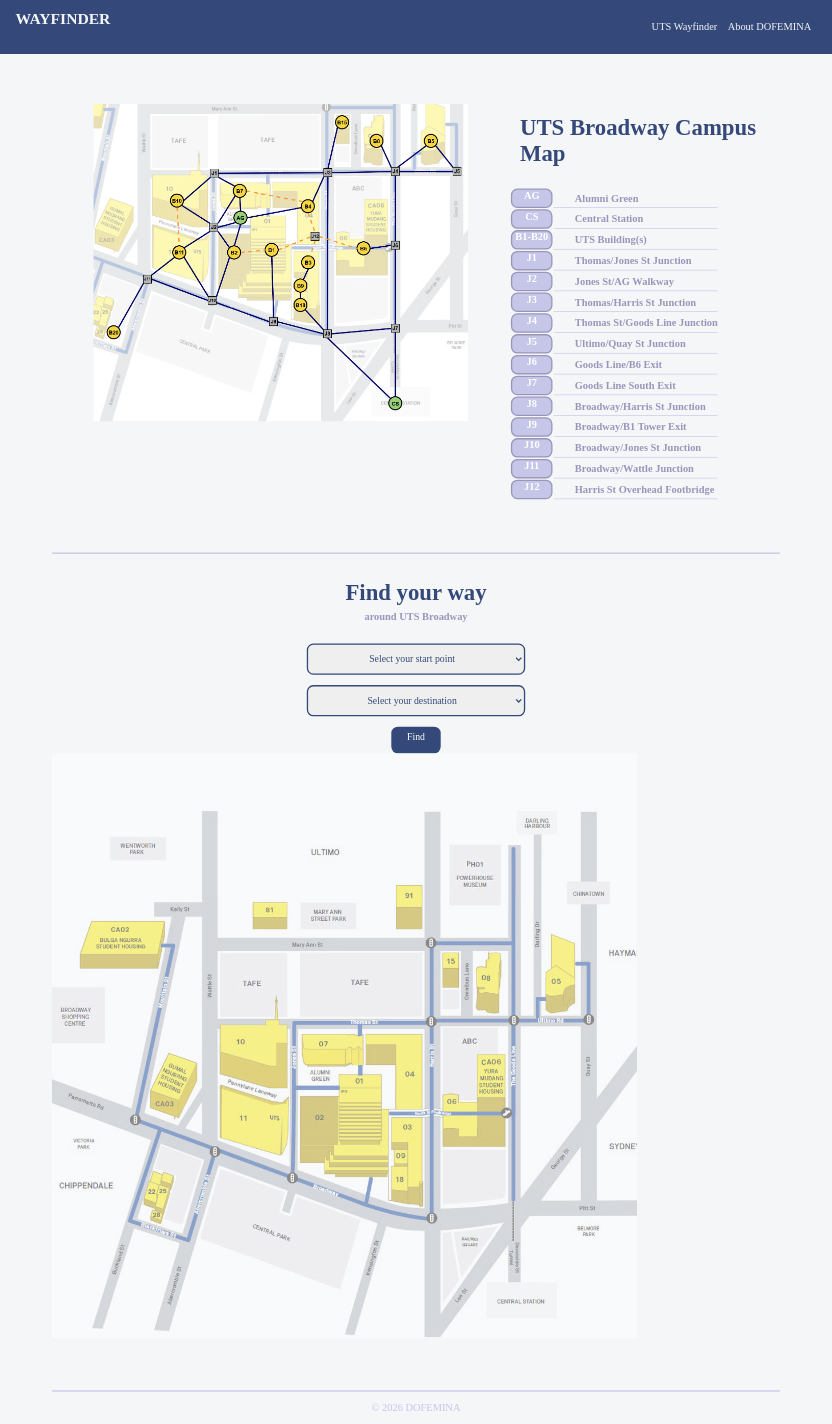
Repository: Meerab-K/uts-wayfinder
Page: html/index.html
The author's editor kept a copy of each file at every save. The page is drawn from the files as they stood at one save, then again after the next save.
The browser window is 1280 px wide. The pictures show the whole page, at 65% of full size.
Some web fonts or font styles are not loaded; a fallback is used.

Above is the page before, as saved 2026-10-19 19:13:41.

After the next save:
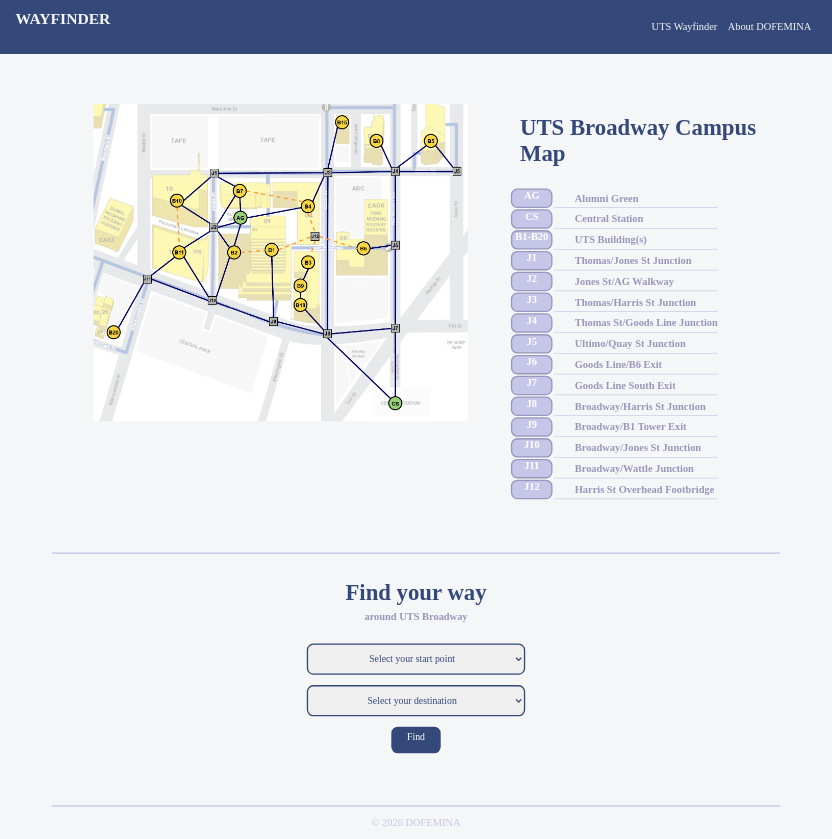
Saved 10 s later.
--- a/html/index.html
+++ b/html/index.html
@@ -152,24 +152,7 @@
                 </form>
             </div>
 
-            <div id="path_result"><!-- the text and image for the found path will be placed here --></div>
-
-            <div class="map-container">
-                <img src="../img/uts-campus-map.png" id="campus-map" alt="UTS Campus Map">
-
-                <svg id="route-overlay"
-                    viewBox="0 0 100 100"
-                    preserveAspectRatio="none">
-                    <polyline id="route-line"
-                            fill="none"
-                            stroke="red"
-                            stroke-width="0.7"
-                            stroke-linecap="round"
-                            stroke-linejoin="round"/>
-                </svg>
-                <g id="route-nodes"></g>
-            </div>
-
+            <div id="path_result"><!-- the found path will be entered here --></div>
         </section>
     </main>
 
